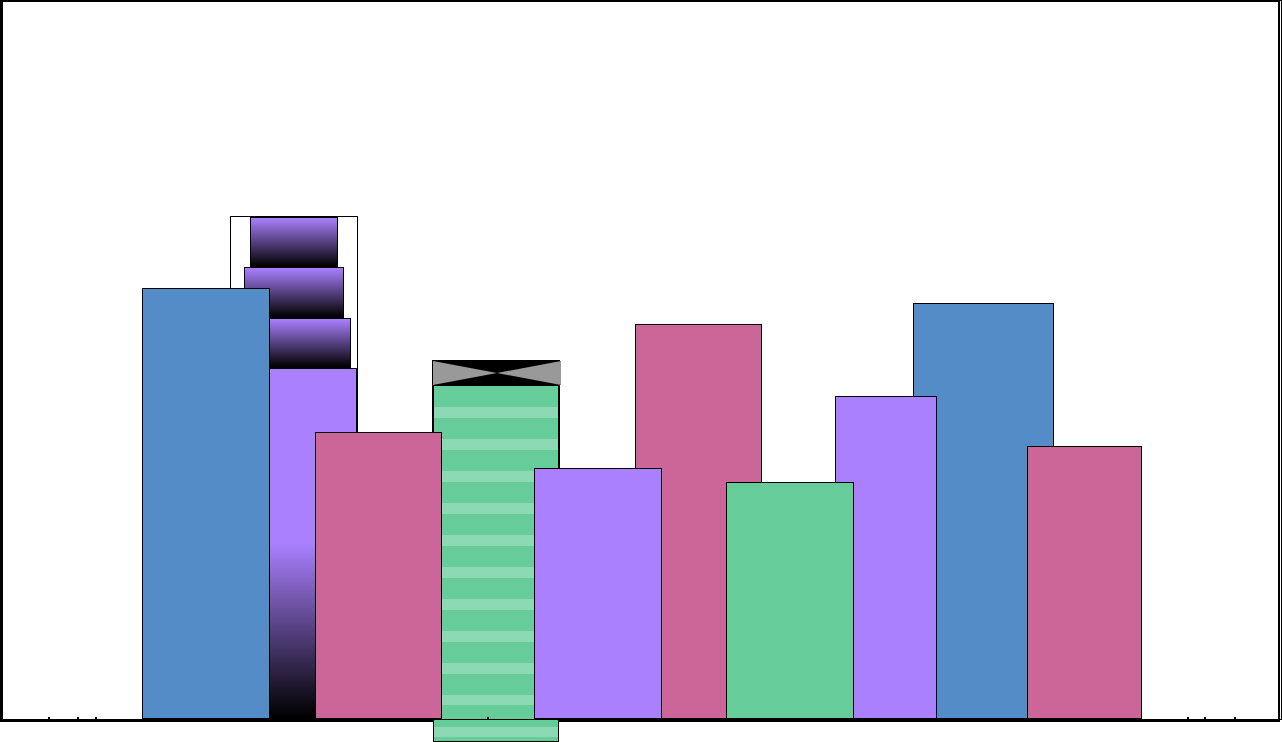
Repository: Lungdjos/city_skyline
Page: index.html
An editor plug-in stored every save of this project. The page is shown before and after the next save, followed by the edit.
The browser window is 1280 px wide. The page is 1282 px wide, so the pictures cover 1282 px, including what lies to the right of the window. The pictures show the whole page.

Above is the page before, as saved 2023-12-12 10:54:00.

After the next save:
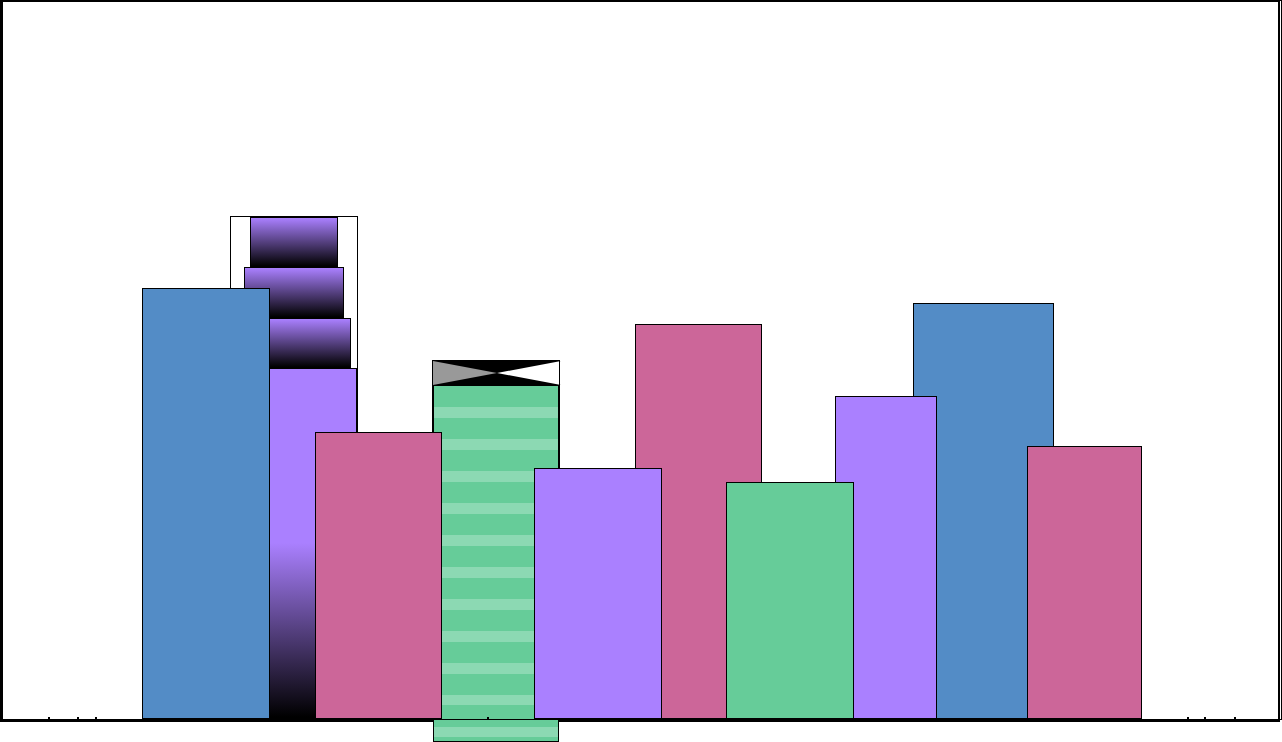
Saved 67 s later.
--- a/styles.css
+++ b/styles.css
@@ -75,7 +75,7 @@ body {
     border-top: 1vw solid #000;
     border-bottom: 1vw solid #000;
     border-left: 5vw solid #999;
-    border-right: 5vw solid #999;
+    border-right: 5vw solid transparent;
 }
 
 .bb2b {
